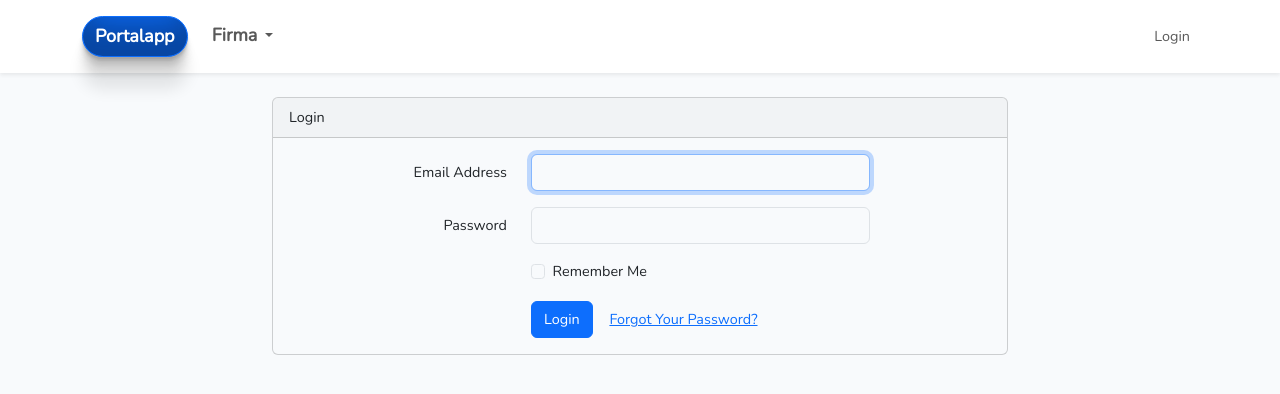
Repository: oguzhansade/portalapp
Page: http://localhost/login
The author's editor kept a copy of each file at every save. The page is drawn from the files as they stood at one save, then again after the next save.
The browser window is 1280 px wide. The pictures show the whole page.
The page is served by the project's Laravel application, run on PHP 8.4 with Laravel 9. Other server files are loaded and not shown. Style sheets and scripts are compiled from the project's sources, by tool versions that may differ from the author's.

Above is the page before, as saved 2023-06-29 11:43:45.

### routes/web.php
<?php

use Illuminate\Support\Facades\Route;
use Illuminate\Support\Facades\Auth;

/*
|--------------------------------------------------------------------------
| Web Routes
|--------------------------------------------------------------------------
|
| Here is where you can register web routes for your application. These
| routes are loaded by the RouteServiceProvider within a group which
| contains the "web" middleware group. Now create something great!
|
*/
Route::get('/', function () {
    return view('welcome');
});
Route::get('/schnellanform', [App\Http\Controllers\front\formcraft\FormCraftController::class, 'handleSchnellanfrageForm'])->name('handleSchnellanfrageForm');
Route::get('/privatumzugform', [App\Http\Controllers\front\formcraft\FormCraftController::class, 'handlePrivatumzugForm'])->name('handlePrivatumzugForm');
Route::get('/kontaktform', [App\Http\Controllers\front\formcraft\FormCraftController::class, 'handleKontaktForm'])->name('handleKontaktForm');
Route::get('/reinigungform', [App\Http\Controllers\front\formcraft\FormCraftController::class, 'handleReinigungForm'])->name('handleReinigungForm');
Route::get('/firmenform', [App\Http\Controllers\front\formcraft\FormCraftController::class, 'handleFirmenForm'])->name('handleFirmenForm');
Route::get('/mailTester', [App\Http\Controllers\front\formcraft\FormCraftController::class, 'mailTester'])->name('mailTester');

Auth::routes(['register' => false]);

Route::group(['namespace' => 'front', 'middleware' => ['auth']], function () {
    Route::group(['namespace' => 'home', 'as' => 'home.'], function () {
        Route::get('/', [App\Http\Controllers\front\home\indexController::class, 'index'])->name('index');
    });
    Route::group(['namespace' => 'firma', 'as' => 'firma.','prefix' => 'firma'], function () {
        Route::get('/', [App\Http\Controllers\front\firma\indexController::class, 'index'])->name('index');
        Route::get('/create', [App\Http\Controllers\front\firma\indexController::class, 'create'])->name('create');
        Route::post('/create', [App\Http\Controllers\front\firma\indexController::class, 'store'])->name('store');
        Route::get('/detail/{id}', [App\Http\Controllers\front\firma\indexController::class, 'detail'])->name('detail');
        Route::get('/edit/{id}', [App\Http\Controllers\front\firma\indexController::class, 'edit'])->name('edit');
        Route::post('/edit/{id}', [App\Http\Controllers\front\firma\indexController::class, 'update'])->name('update');
        Route::get('/delete/{id}', [App\Http\Controllers\front\firma\indexController::class, 'delete'])->name('delete');
        Route::post('/data', [App\Http\Controllers\front\firma\indexController::class, 'data'])->name('data');
        Route::post('/recordData/{id}', [App\Http\Controllers\front\firma\indexController::class, 'recordData'])->name('recordData');
    });

    Route::group(['namespace' => 'offerList', 'as' => 'offerList.','prefix' => 'offerList'], function () {
        Route::get('/', [App\Http\Controllers\front\offerList\indexController::class, 'index'])->name('index');
        Route::post('/data', [App\Http\Controllers\front\offerList\indexController::class, 'data'])->name('data');
        Route::post('/statusChanger/{id}/{type}', [App\Http\Controllers\front\offerList\indexController::class, 'statusChanger'])->name('statusChanger');
        Route::get('/statusChanger/{id}/{type}', [App\Http\Controllers\front\offerList\indexController::class, 'statusChanger'])->name('statusChanger');
        Route::get('/detail/{id}/{type}', [App\Http\Controllers\front\offerList\indexController::class, 'detail'])->name('detail');

    });
});



Route::get('/home', [App\Http\Controllers\HomeController::class, 'index'])->name('home');

### resources/views/layouts/app.blade.php
<!doctype html>
<html lang="{{ str_replace('_', '-', app()->getLocale()) }}">
<head>
    <meta charset="utf-8">
    <meta name="viewport" content="width=device-width, initial-scale=1">

    <!-- CSRF Token -->
    <meta name="csrf-token" content="{{ csrf_token() }}">

    <title>{{ config('app.name', 'Laravel') }}</title>

    <!-- Fonts -->
    <link rel="dns-prefetch" href="//fonts.bunny.net">
    <link href="https://fonts.bunny.net/css?family=Nunito" rel="stylesheet">
    <link href="{{ asset('assets/vendors/material-icons/material-icons.css') }}" rel="stylesheet" type="text/css">
    <link href="{{ asset('assets/vendors/mono-social-icons/monosocialiconsfont.css') }}" rel="stylesheet" type="text/css">
    <link href="{{ asset('assets/vendors/feather-icons/feather.css') }}" rel="stylesheet" type="text/css">
    <style>
        .b-shadow {
            box-shadow: rgba(0, 0, 0, 0.17) 0px -23px 25px 0px inset, rgba(0, 0, 0, 0.15) 0px -36px 30px 0px inset, rgba(0, 0, 0, 0.1) 0px -79px 40px 0px inset, rgba(0, 0, 0, 0.06) 0px 2px 1px, rgba(0, 0, 0, 0.09) 0px 4px 2px, rgba(0, 0, 0, 0.09) 0px 8px 4px, rgba(0, 0, 0, 0.09) 0px 16px 8px, rgba(0, 0, 0, 0.09) 0px 32px 16px;
        }
        .custom-font {
            color: white;
            font-weight: 700;
        }
        .rounded-custom {
            border-radius: 35px;
        }
        a.dropdown-item:hover {
            background-color: #094AA9;
            color:white;
        }
    </style>
    <!-- Scripts -->
    @vite(['resources/sass/app.scss', 'resources/js/app.js'])
    @yield('header')
</head>
<body>
    <div id="app">
        <nav class="navbar navbar-expand-md navbar-light bg-white shadow-sm ">
            <div class="container py-2">
                <a class="btn btn-primary rounded-pill text-white navbar-brand b-shadow" href="{{ url('/') }}">
                    <b>{{ config('app.name', 'Laravel') }}</b>
                </a>
                <button class="navbar-toggler" type="button" data-bs-toggle="collapse" data-bs-target="#navbarSupportedContent" aria-controls="navbarSupportedContent" aria-expanded="false" aria-label="{{ __('Toggle navigation') }}">
                    <span class="navbar-toggler-icon"></span>
                </button>

                <div class="collapse navbar-collapse " id="navbarSupportedContent">
                    <!-- Left Side Of Navbar -->
                    <ul class="navbar-nav me-auto ">
                        <li class="nav-item dropdown ml-5">
                            <a id="navbarDropdown" class="nav-link dropdown-toggle " href="#" role="button" data-bs-toggle="dropdown" aria-haspopup="true" aria-expanded="false" v-pre>
                               <strong class="h5 " style="font-weight: bolder;">Firma</strong>
                            </a>

                            <div class="dropdown-menu" aria-labelledby="navbarDropdown">
                                <a class="dropdown-item h5" href="{{ route('firma.index') }}">
                                    Firma Listesi
                                </a>
                                <a class="dropdown-item h5" href="{{ route('firma.create') }}">
                                    Firma Ekle
                                </a>
                            </div>
                        </li>
                    </ul>

                    <!-- Right Side Of Navbar -->
                    <ul class="navbar-nav ms-auto">
                        <!-- Authentication Links -->
                        @guest
                            @if (Route::has('login'))
                                <li class="nav-item">
                                    <a class="nav-link" href="{{ route('login') }}">{{ __('Login') }}</a>
                                </li>
                            @endif

                            @if (Route::has('register'))
                                <li class="nav-item">
                                    <a class="nav-link" href="{{ route('register') }}">{{ __('Register') }}</a>
                                </li>
                            @endif
                        @else
                            <li class="nav-item dropdown">
                                <a id="navbarDropdown" class="nav-link dropdown-toggle h4 px-4 py-2 bg-primary text-white b-shadow rounded-custom" href="#" role="button" data-bs-toggle="dropdown" aria-haspopup="true" aria-expanded="false" v-pre>
                                    {{ Auth::user()->name }}
                                </a>

                                <div class="dropdown-menu dropdown-menu-end" aria-labelledby="navbarDropdown">
                                    <a class="dropdown-item" href="{{ route('logout') }}"
                                       onclick="event.preventDefault();
                                                     document.getElementById('logout-form').submit();">
                                        {{ __('Logout') }}
                                    </a>

                                    <form id="logout-form" action="{{ route('logout') }}" method="POST" class="d-none">
                                        @csrf
                                    </form>
                                </div>
                            </li>
                        @endguest
                    </ul>
                </div>
            </div>
        </nav>

        <main class="py-4">
            @yield('content')
        </main>
    </div>
    <script src="https://code.jquery.com/jquery-3.6.0.min.js"></script>
    @yield('footer')
</body>
</html>

Loaded but not shown: app/Http/Controllers/Auth/ConfirmPasswordController.php (common file); app/Http/Controllers/Controller.php (common file); app/Http/Controllers/Auth/LoginController.php (common file); resources/views/auth/login.blade.php (common file); public/assets/vendors/material-icons/material-icons.css (common file); public/assets/vendors/mono-social-icons/monosocialiconsfont.css (common file); public/assets/vendors/feather-icons/feather.css (library); resources/sass/app.scss (common file); resources/sass/_variables.scss (common file)

After the next save:
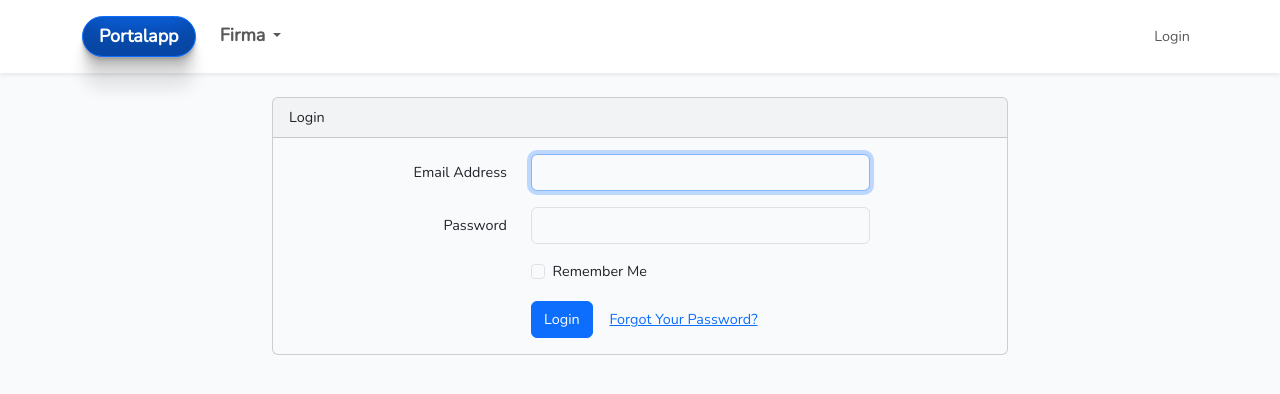
Saved 11 s later.
--- a/resources/views/layouts/app.blade.php
+++ b/resources/views/layouts/app.blade.php
@@ -39,7 +39,7 @@
     <div id="app">
         <nav class="navbar navbar-expand-md navbar-light bg-white shadow-sm ">
             <div class="container py-2">
-                <a class="btn btn-primary rounded-pill text-white navbar-brand b-shadow" href="{{ url('/') }}">
+                <a class="btn btn-primary rounded-pill text-white navbar-brand b-shadow px-3" href="{{ url('/') }}">
                     <b>{{ config('app.name', 'Laravel') }}</b>
                 </a>
                 <button class="navbar-toggler" type="button" data-bs-toggle="collapse" data-bs-target="#navbarSupportedContent" aria-controls="navbarSupportedContent" aria-expanded="false" aria-label="{{ __('Toggle navigation') }}">
